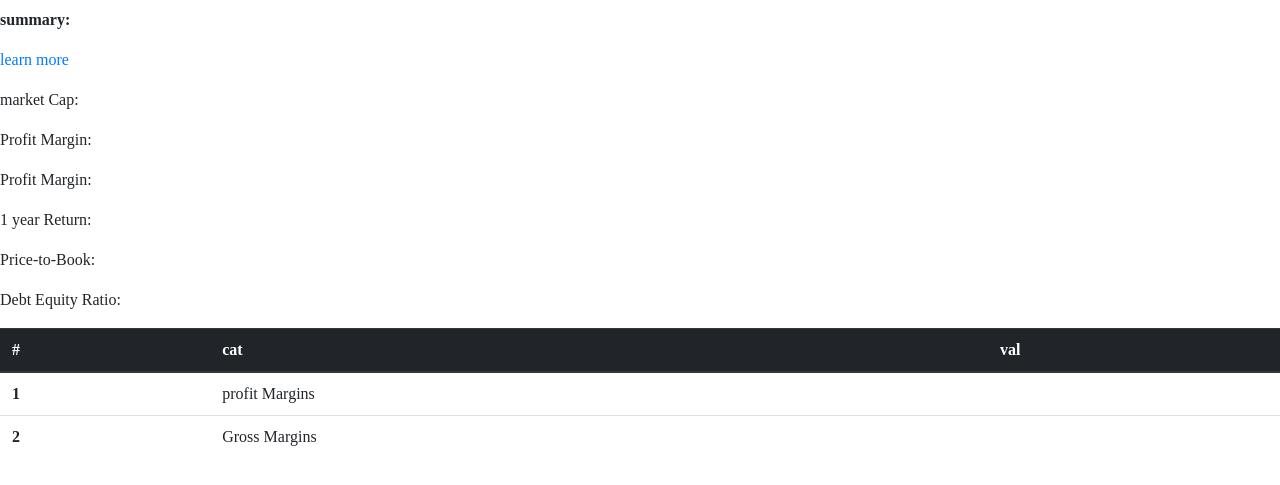
Repository: brendan12372/theSite
Page: topTen/templates/stocks/stock_detail.html
The author's editor kept a copy of each file at every save. The page is drawn from the files as they stood at one save, then again after the next save.
The browser window is 1280 px wide. The pictures show the whole page.
Some web libraries are served in a nearby version. The page is served by the project's application, run on Django 4.2 (manage.py). The template is opened directly, without the code that normally fills it, so the values that code supplies are empty.

Above is the page before, as saved 2022-03-15 00:06:53.

After the next save:
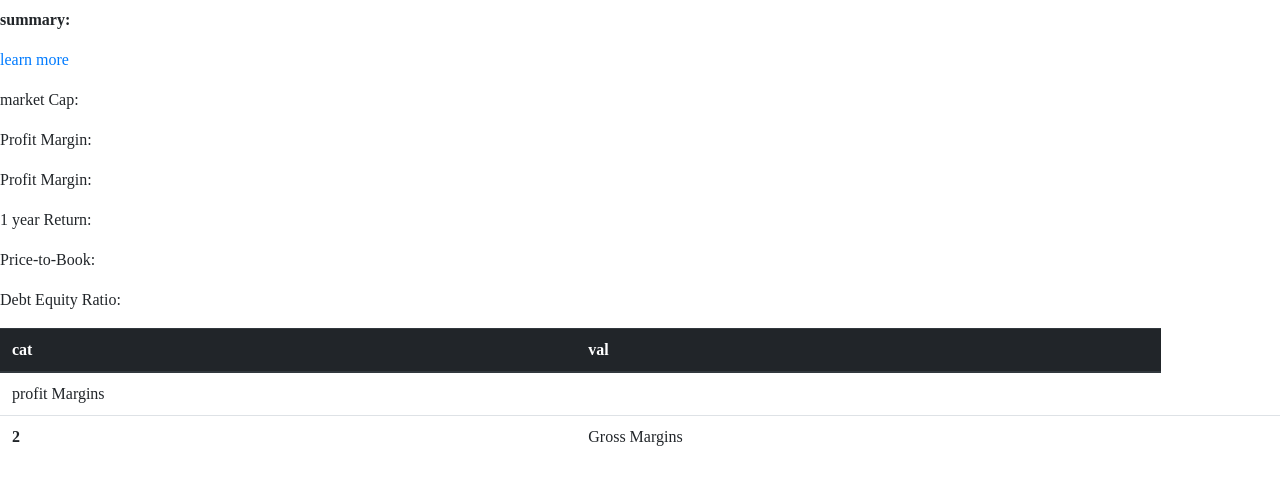
Saved 25 s later.
--- a/topTen/templates/stocks/stock_detail.html
+++ b/topTen/templates/stocks/stock_detail.html
@@ -31,14 +31,12 @@
     <table class="table">
       <thead class="thead-dark">
         <tr>
-          <th scope="col">#</th>
           <th scope="col">cat</th>
           <th scope="col">val</th>
         </tr>
       </thead>
       <tbody>
         <tr>
-          <th scope="row">1</th>
           <td>profit Margins</td>
           <td>{{object.profitMargins}}</td>
         </tr>
